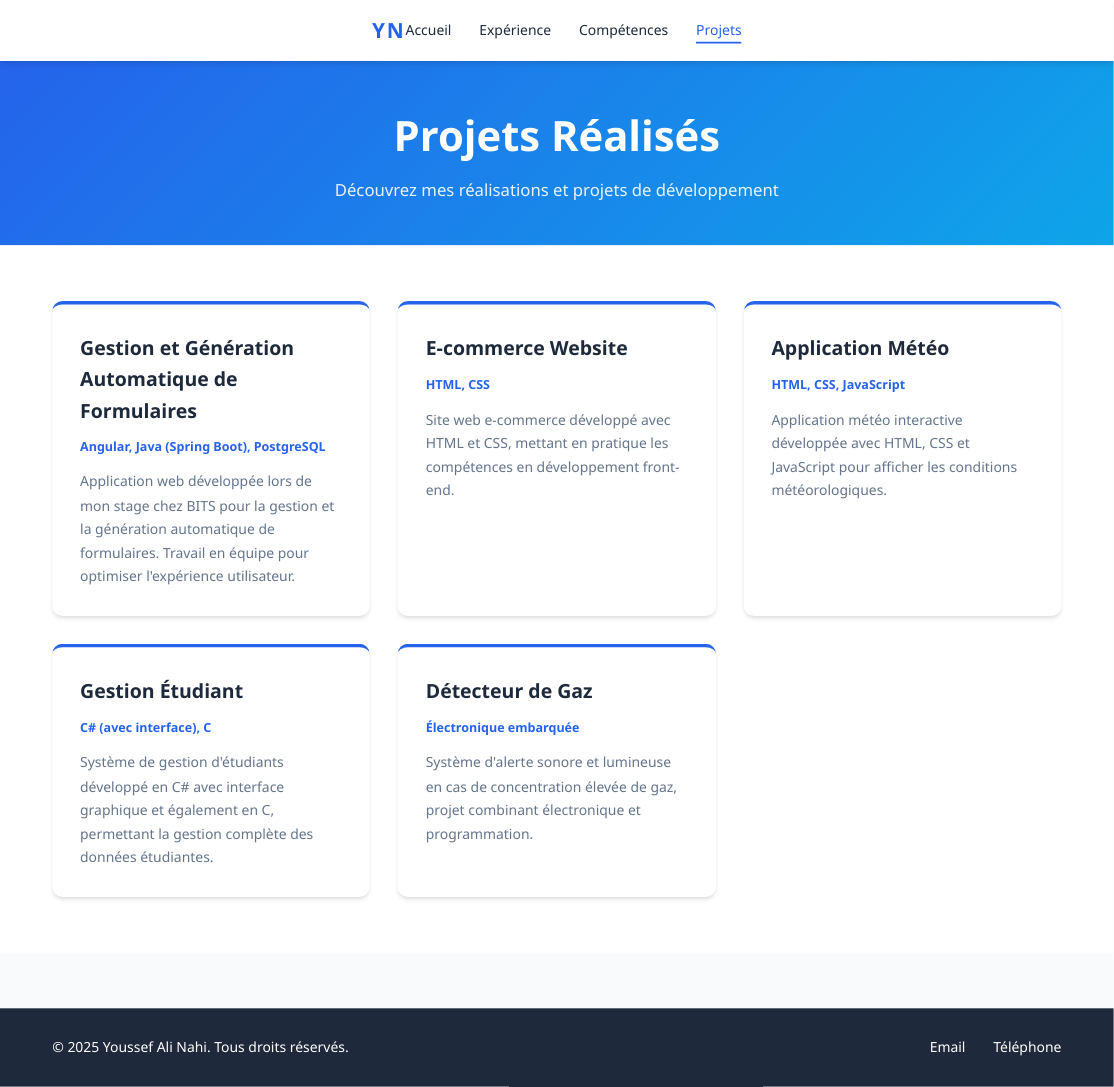
Repository: Youssef-Nahi504/My_Portfolio
Page: projets.html
These files come from the project's save history. The page is drawn as it stood at one moment and after a run of saves; the edit follows.
The browser window is 1280 px wide. The pictures show the whole page, at 87% of full size.

Above is the page before, as saved 2025-12-19 16:11:11.

### projets.html
<!DOCTYPE html>
<html lang="fr">
<head>
    <meta charset="UTF-8">
    <meta name="viewport" content="width=device-width, initial-scale=1.0">
    <title>Projets - Youssef Ali Nahi</title>
    <link rel="stylesheet" href="style.css">
</head>
<body>
    <nav class="navbar">
        <div class="nav-container">
            <div class="logo">YN</div>
            <ul class="nav-menu">
                <li><a href="index.html">Accueil</a></li>
                <li><a href="experience.html">Expérience</a></li>
                <li><a href="competences.html">Compétences</a></li>
                <li><a href="projets.html" class="active">Projets</a></li>
            </ul>
            <div class="hamburger">
                <span></span>
                <span></span>
                <span></span>
            </div>
        </div>
    </nav>

    <main>
        <section class="page-header">
            <div class="container">
                <h1>Projets Réalisés</h1>
                <p>Découvrez mes réalisations et projets de développement</p>
            </div>
        </section>

        <section class="projects-section">
            <div class="container">
                <div class="projects-grid">
                    <div class="project-card">
                        <h3>Gestion et Génération Automatique de Formulaires</h3>
                        <p class="project-tech">Angular, Java (Spring Boot), PostgreSQL</p>
                        <p class="project-description">
                            Application web développée lors de mon stage chez BITS pour la gestion et la génération automatique de formulaires. Travail en équipe pour optimiser l'expérience utilisateur.
                        </p>
                    </div>

                    <div class="project-card">
                        <h3>E-commerce Website</h3>
                        <p class="project-tech">HTML, CSS</p>
                        <p class="project-description">
                            Site web e-commerce développé avec HTML et CSS, mettant en pratique les compétences en développement front-end.
                        </p>
                    </div>

                    <div class="project-card">
                        <h3>Application Météo</h3>
                        <p class="project-tech">HTML, CSS, JavaScript</p>
                        <p class="project-description">
                            Application météo interactive développée avec HTML, CSS et JavaScript pour afficher les conditions météorologiques.
                        </p>
                    </div>

                    <div class="project-card">
                        <h3>Gestion Étudiant</h3>
                        <p class="project-tech">C# (avec interface), C</p>
                        <p class="project-description">
                            Système de gestion d'étudiants développé en C# avec interface graphique et également en C, permettant la gestion complète des données étudiantes.
                        </p>
                    </div>

                    <div class="project-card">
                        <h3>Détecteur de Gaz</h3>
                        <p class="project-tech">Électronique embarquée</p>
                        <p class="project-description">
                            Système d'alerte sonore et lumineuse en cas de concentration élevée de gaz, projet combinant électronique et programmation.
                        </p>
                    </div>
                </div>
            </div>
        </section>
    </main>

    <footer>
        <div class="container">
            <p>&copy; 2025 Youssef Ali Nahi. Tous droits réservés.</p>
            <div class="footer-links">
                <a href="mailto:nahiyoussef02@gmail.com">Email</a>
                <a href="tel:+212619303473">Téléphone</a>
            </div>
        </div>
    </footer>

    <script src="file.js"></script>
</body>
</html>

### style.css
* {
    margin: 0;
    padding: 0;
    box-sizing: border-box;
}

:root {
    --primary-color: #2563eb;
    --primary-dark: #1e40af;
    --secondary-color: #64748b;
    --accent-color: #0ea5e9;
    --text-dark: #1e293b;
    --text-light: #64748b;
    --bg-light: #f8fafc;
    --bg-white: #ffffff;
    --border-color: #e2e8f0;
    --shadow: 0 4px 6px -1px rgba(0, 0, 0, 0.1), 0 2px 4px -1px rgba(0, 0, 0, 0.06);
    --shadow-lg: 0 10px 15px -3px rgba(0, 0, 0, 0.1), 0 4px 6px -2px rgba(0, 0, 0, 0.05);
}

body {
    font-family: 'Segoe UI', Tahoma, Geneva, Verdana, sans-serif;
    line-height: 1.6;
    color: var(--text-dark);
    background-color: var(--bg-light);
}

.container {
    max-width: 1200px;
    margin: 0 auto;
    padding: 0 20px;
}

/* Navigation */
.navbar {
    background: var(--bg-white);
    box-shadow: var(--shadow);
    position: sticky;
    top: 0;
    z-index: 1000;
    padding: 1rem 0;
}

.nav-container {
    max-width: 1200px;
    margin: 0 auto;
    padding: 0 20px;
    display: flex;
  justify-content: center; /* horizontal */
  align-items: center;
}

.logo {
    font-size: 1.5rem;
    font-weight: bold;
    color: var(--primary-color);
    letter-spacing: 2px;
}

.nav-menu {
    display: flex;
    list-style: none;
    gap: 2rem;
}

.nav-menu a {
    text-decoration: none;
    color: var(--text-dark);
    font-weight: 500;
    transition: color 0.3s ease;
    position: relative;
}

.nav-menu a:hover,
.nav-menu a.active {
    color: var(--primary-color);
}

.nav-menu a.active::after {
    content: '';
    position: absolute;
    bottom: -5px;
    left: 0;
    width: 100%;
    height: 2px;
    background: var(--primary-color);
}

.hamburger {
    display: none;
    flex-direction: column;
    cursor: pointer;
    gap: 4px;
}

.hamburger span {
    width: 25px;
    height: 3px;
    background: var(--text-dark);
    transition: all 0.3s ease;
}

/* Hero Section */
.hero {
    background: linear-gradient(135deg, var(--primary-color) 0%, var(--accent-color) 100%);
    color: white;
    padding: 4rem 0;
    min-height: 80vh;
    display: flex;
    align-items: center;
}

.hero-content {
    max-width: 1200px;
    margin: 0 auto;
    padding: 0 20px;
    display: grid;
    grid-template-columns: 1fr 1fr;
    gap: 3rem;
    align-items: center;
}

.hero-text h1 {
    font-size: 3rem;
    margin-bottom: 0.5rem;
    font-weight: 700;
}

.hero-text h2 {
    font-size: 1.5rem;
    margin-bottom: 1.5rem;
    opacity: 0.9;
    font-weight: 400;
}

.hero-subtitle {
    font-size: 1.1rem;
    margin-bottom: 2rem;
    opacity: 0.95;
    line-height: 1.8;
}

.hero-buttons {
    display: flex;
    gap: 1rem;
    flex-wrap: wrap;
}

.btn {
    padding: 0.75rem 2rem;
    border-radius: 8px;
    text-decoration: none;
    font-weight: 600;
    transition: all 0.3s ease;
    display: inline-block;
}

.btn-primary {
    background: white;
    color: var(--primary-color);
}

.btn-primary:hover {
    transform: translateY(-2px);
    box-shadow: var(--shadow-lg);
}

.btn-secondary {
    background: transparent;
    color: white;
    border: 2px solid white;
}

.btn-secondary:hover {
    background: white;
    color: var(--primary-color);
}

.profile-card {
    background: rgba(255, 255, 255, 0.1);
    backdrop-filter: blur(10px);
    border-radius: 16px;
    padding: 2rem;
    border: 1px solid rgba(255, 255, 255, 0.2);
}

.profile-info p {
    margin-bottom: 1rem;
    font-size: 1rem;
}

.profile-info strong {
    display: inline-block;
    width: 140px;
}

/* About Section */
.about {
    padding: 4rem 0;
    background: var(--bg-white);
}

.section-title {
    font-size: 2.5rem;
    margin-bottom: 2rem;
    text-align: center;
    color: var(--text-dark);
}

.about-content {
    max-width: 800px;
    margin: 0 auto 3rem;
    text-align: center;
}

.about-content p {
    font-size: 1.1rem;
    color: var(--text-light);
    margin-bottom: 1.5rem;
    line-height: 1.8;
}

.quick-links {
    display: grid;
    grid-template-columns: repeat(auto-fit, minmax(250px, 1fr));
    gap: 2rem;
    margin-top: 3rem;
}

.quick-link-card {
    background: var(--bg-white);
    padding: 2rem;
    border-radius: 12px;
    text-decoration: none;
    color: var(--text-dark);
    box-shadow: var(--shadow);
    transition: all 0.3s ease;
    border: 2px solid transparent;
}

.quick-link-card:hover {
    transform: translateY(-5px);
    box-shadow: var(--shadow-lg);
    border-color: var(--primary-color);
}

.quick-link-card h3 {
    color: var(--primary-color);
    margin-bottom: 0.5rem;
    font-size: 1.5rem;
}

.quick-link-card p {
    color: var(--text-light);
}

/* Page Header */
.page-header {
    background: linear-gradient(135deg, var(--primary-color) 0%, var(--accent-color) 100%);
    color: white;
    padding: 3rem 0;
    text-align: center;
}

.page-header h1 {
    font-size: 3rem;
    margin-bottom: 0.5rem;
}

.page-header p {
    font-size: 1.2rem;
    opacity: 0.9;
}

/* Experience Section */
.experience-section {
    padding: 4rem 0;
    background: var(--bg-white);
}

.timeline {
    position: relative;
    max-width: 900px;
    margin: 0 auto;
    padding: 2rem 0;
}

.timeline::before {
    content: '';
    position: absolute;
    left: 30px;
    top: 0;
    bottom: 0;
    width: 2px;
    background: var(--border-color);
}

.timeline-item {
    position: relative;
    margin-bottom: 3rem;
    padding-left: 80px;
}

.timeline-marker {
    position: absolute;
    left: 22px;
    top: 0;
    width: 16px;
    height: 16px;
    border-radius: 50%;
    background: var(--primary-color);
    border: 4px solid var(--bg-white);
    box-shadow: var(--shadow);
}

.timeline-content {
    background: var(--bg-white);
    padding: 2rem;
    border-radius: 12px;
    box-shadow: var(--shadow);
    transition: all 0.3s ease;
}

.timeline-content:hover {
    box-shadow: var(--shadow-lg);
    transform: translateX(5px);
}

.timeline-date {
    color: var(--primary-color);
    font-weight: 600;
    margin-bottom: 0.5rem;
    font-size: 0.9rem;
}

.timeline-content h3 {
    color: var(--text-dark);
    margin-bottom: 0.25rem;
    font-size: 1.5rem;
}

.timeline-content h4 {
    color: var(--text-light);
    margin-bottom: 1rem;
    font-weight: 500;
}

.timeline-content ul {
    list-style: none;
    padding-left: 0;
}

.timeline-content li {
    padding-left: 1.5rem;
    position: relative;
    margin-bottom: 0.5rem;
    color: var(--text-light);
}

.timeline-content li::before {
    content: '▸';
    position: absolute;
    left: 0;
    color: var(--primary-color);
}

/* Education Section */
.education-section {
    padding: 4rem 0;
    background: var(--bg-light);
}

.education-grid {
    display: grid;
    grid-template-columns: repeat(auto-fit, minmax(300px, 1fr));
    gap: 2rem;
    max-width: 900px;
    margin: 0 auto;
}

.education-card {
    background: var(--bg-white);
    padding: 2rem;
    border-radius: 12px;
    box-shadow: var(--shadow);
    transition: all 0.3s ease;
    border-top: 4px solid var(--primary-color);
}

.education-card:hover {
    transform: translateY(-5px);
    box-shadow: var(--shadow-lg);
}

.education-year {
    color: var(--primary-color);
    font-weight: 600;
    margin-bottom: 1rem;
    font-size: 0.9rem;
}

.education-card h3 {
    color: var(--text-dark);
    margin-bottom: 0.5rem;
    font-size: 1.3rem;
}

.education-card h4 {
    color: var(--text-light);
    margin-bottom: 1rem;
    font-weight: 500;
}

.education-institution {
    color: var(--text-light);
    font-style: italic;
}

/* Skills Section */
.skills-section {
    padding: 4rem 0;
    background: var(--bg-white);
}

.skills-category {
    margin-bottom: 4rem;
}

.category-title {
    font-size: 2rem;
    margin-bottom: 2rem;
    color: var(--text-dark);
    text-align: center;
}

.skills-grid {
    display: grid;
    grid-template-columns: repeat(auto-fit, minmax(250px, 1fr));
    gap: 2rem;
}

.skill-group {
    background: var(--bg-light);
    padding: 1.5rem;
    border-radius: 12px;
    border-left: 4px solid var(--primary-color);
}

.skill-group h3 {
    color: var(--text-dark);
    margin-bottom: 1rem;
    font-size: 1.2rem;
}

.skill-tags {
    display: flex;
    flex-wrap: wrap;
    gap: 0.5rem;
}

.skill-tag {
    background: var(--primary-color);
    color: white;
    padding: 0.5rem 1rem;
    border-radius: 20px;
    font-size: 0.9rem;
    font-weight: 500;
}

.soft-skills-grid {
    display: grid;
    grid-template-columns: repeat(auto-fit, minmax(200px, 1fr));
    gap: 1.5rem;
}

.soft-skill-card {
    background: linear-gradient(135deg, var(--primary-color) 0%, var(--accent-color) 100%);
    color: white;
    padding: 2rem;
    border-radius: 12px;
    text-align: center;
    transition: all 0.3s ease;
}

.soft-skill-card:hover {
    transform: translateY(-5px);
    box-shadow: var(--shadow-lg);
}

.soft-skill-card h3 {
    font-size: 1.2rem;
}

.languages-grid,
.interests-grid {
    display: grid;
    grid-template-columns: repeat(auto-fit, minmax(200px, 1fr));
    gap: 1.5rem;
}

.language-card,
.interest-card {
    background: var(--bg-white);
    padding: 2rem;
    border-radius: 12px;
    box-shadow: var(--shadow);
    text-align: center;
    transition: all 0.3s ease;
    border-top: 4px solid var(--accent-color);
}

.language-card:hover,
.interest-card:hover {
    transform: translateY(-5px);
    box-shadow: var(--shadow-lg);
}

.language-card h3,
.interest-card h3 {
    color: var(--text-dark);
    margin-bottom: 0.5rem;
    font-size: 1.3rem;
}

.language-card p {
    color: var(--text-light);
    font-weight: 500;
}

/* Projects Section */
.projects-section {
    padding: 4rem 0;
    background: var(--bg-white);
}

.projects-grid {
    display: grid;
    grid-template-columns: repeat(auto-fit, minmax(300px, 1fr));
    gap: 2rem;
}

.project-card {
    background: var(--bg-white);
    padding: 2rem;
    border-radius: 12px;
    box-shadow: var(--shadow);
    transition: all 0.3s ease;
    border-top: 4px solid var(--primary-color);
}

.project-card:hover {
    transform: translateY(-5px);
    box-shadow: var(--shadow-lg);
}

.project-icon {
    font-size: 3rem;
    margin-bottom: 1rem;
}

.project-card h3 {
    color: var(--text-dark);
    margin-bottom: 0.75rem;
    font-size: 1.4rem;
}

.project-tech {
    color: var(--primary-color);
    font-weight: 600;
    margin-bottom: 1rem;
    font-size: 0.9rem;
}

.project-description {
    color: var(--text-light);
    line-height: 1.7;
}

/* Footer */
footer {
    background: var(--text-dark);
    color: white;
    padding: 2rem 0;
    margin-top: 4rem;
}

footer .container {
    display: flex;
    justify-content: space-between;
    align-items: center;
    flex-wrap: wrap;
    gap: 1rem;
}

.footer-links {
    display: flex;
    gap: 2rem;
}

.footer-links a {
    color: white;
    text-decoration: none;
    transition: color 0.3s ease;
}

.footer-links a:hover {
    color: var(--accent-color);
}

/* Responsive Design */
@media (max-width: 768px) {
    .hamburger {
        display: flex;
    }

    .nav-menu {
        position: fixed;
        left: -100%;
        top: 70px;
        flex-direction: column;
        background: var(--bg-white);
        width: 100%;
        text-align: center;
        transition: 0.3s;
        box-shadow: var(--shadow);
        padding: 2rem 0;
        gap: 0;
    }

    .nav-menu.active {
        left: 0;
    }

    .nav-menu li {
        margin: 1rem 0;
    }

    .hero-content {
        grid-template-columns: 1fr;
        text-align: center;
    }

    .hero-text h1 {
        font-size: 2rem;
    }

    .hero-text h2 {
        font-size: 1.2rem;
    }

    .section-title {
        font-size: 2rem;
    }

    .page-header h1 {
        font-size: 2rem;
    }

    .timeline::before {
        left: 15px;
    }

    .timeline-item {
        padding-left: 50px;
    }

    .timeline-marker {
        left: 7px;
    }

    .quick-links {
        grid-template-columns: 1fr;
    }

    footer .container {
        flex-direction: column;
        text-align: center;
    }
}

@media (max-width: 480px) {
    .hero {
        padding: 2rem 0;
        min-height: auto;
    }

    .hero-text h1 {
        font-size: 1.5rem;
    }

    .btn {
        padding: 0.6rem 1.5rem;
        font-size: 0.9rem;
    }

    .projects-grid,
    .education-grid {
        grid-template-columns: 1fr;
    }
}

Loaded but not shown: file.js (99 lines, source omitted)

After the next 2 saves:
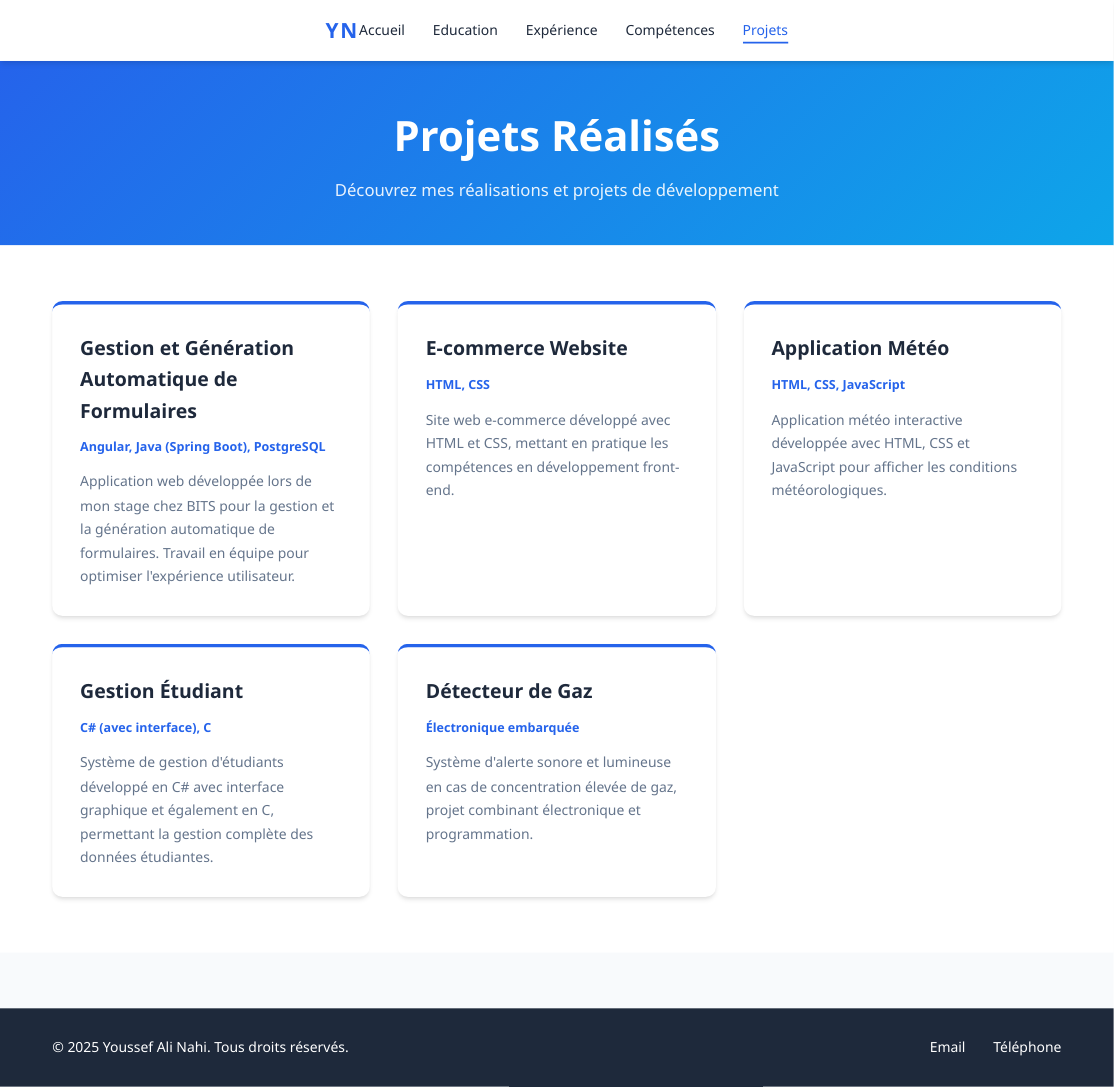
The 2 saves are shown as one change because they came seconds apart.
The last was saved 42 s later.
--- a/projets.html
+++ b/projets.html
@@ -1,17 +1,20 @@
 <!DOCTYPE html>
 <html lang="fr">
+
 <head>
     <meta charset="UTF-8">
     <meta name="viewport" content="width=device-width, initial-scale=1.0">
     <title>Projets - Youssef Ali Nahi</title>
     <link rel="stylesheet" href="style.css">
 </head>
+
 <body>
     <nav class="navbar">
         <div class="nav-container">
             <div class="logo">YN</div>
             <ul class="nav-menu">
                 <li><a href="index.html">Accueil</a></li>
+                <li><a href="Education.html">Education</a></li>
                 <li><a href="experience.html">Expérience</a></li>
                 <li><a href="competences.html">Compétences</a></li>
                 <li><a href="projets.html" class="active">Projets</a></li>
@@ -39,7 +42,8 @@
                         <h3>Gestion et Génération Automatique de Formulaires</h3>
                         <p class="project-tech">Angular, Java (Spring Boot), PostgreSQL</p>
                         <p class="project-description">
-                            Application web développée lors de mon stage chez BITS pour la gestion et la génération automatique de formulaires. Travail en équipe pour optimiser l'expérience utilisateur.
+                            Application web développée lors de mon stage chez BITS pour la gestion et la génération
+                            automatique de formulaires. Travail en équipe pour optimiser l'expérience utilisateur.
                         </p>
                     </div>
 
@@ -47,7 +51,8 @@
                         <h3>E-commerce Website</h3>
                         <p class="project-tech">HTML, CSS</p>
                         <p class="project-description">
-                            Site web e-commerce développé avec HTML et CSS, mettant en pratique les compétences en développement front-end.
+                            Site web e-commerce développé avec HTML et CSS, mettant en pratique les compétences en
+                            développement front-end.
                         </p>
                     </div>
 
@@ -55,7 +60,8 @@
                         <h3>Application Météo</h3>
                         <p class="project-tech">HTML, CSS, JavaScript</p>
                         <p class="project-description">
-                            Application météo interactive développée avec HTML, CSS et JavaScript pour afficher les conditions météorologiques.
+                            Application météo interactive développée avec HTML, CSS et JavaScript pour afficher les
+                            conditions météorologiques.
                         </p>
                     </div>
 
@@ -63,7 +69,8 @@
                         <h3>Gestion Étudiant</h3>
                         <p class="project-tech">C# (avec interface), C</p>
                         <p class="project-description">
-                            Système de gestion d'étudiants développé en C# avec interface graphique et également en C, permettant la gestion complète des données étudiantes.
+                            Système de gestion d'étudiants développé en C# avec interface graphique et également en C,
+                            permettant la gestion complète des données étudiantes.
                         </p>
                     </div>
 
@@ -71,7 +78,8 @@
                         <h3>Détecteur de Gaz</h3>
                         <p class="project-tech">Électronique embarquée</p>
                         <p class="project-description">
-                            Système d'alerte sonore et lumineuse en cas de concentration élevée de gaz, projet combinant électronique et programmation.
+                            Système d'alerte sonore et lumineuse en cas de concentration élevée de gaz, projet combinant
+                            électronique et programmation.
                         </p>
                     </div>
                 </div>
@@ -91,4 +99,5 @@
 
     <script src="file.js"></script>
 </body>
+
 </html>
